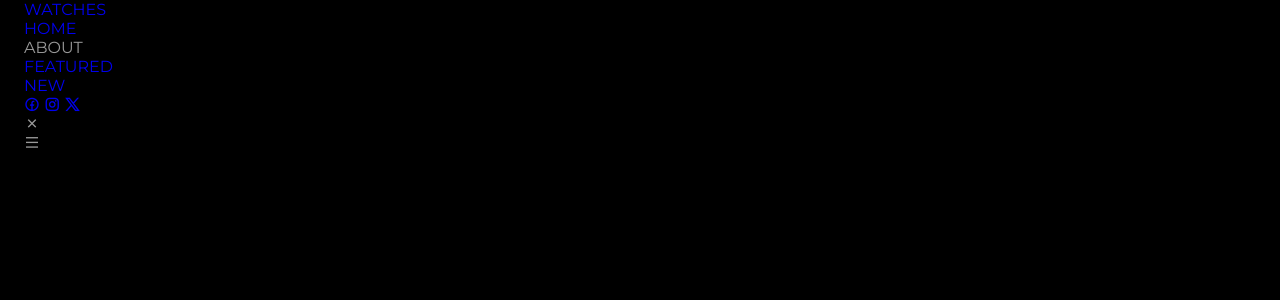
Repository: dinhhaidh/Responsive-wacthes-slider
Page: index.html
The author's editor kept a copy of each file at every save. The page is drawn from the files as they stood at one save, then again after a run of saves.
The browser window is 1280 px wide. The pictures show the whole page.

Above is the page before, as saved 2024-03-05 18:12:42.

### index.html
<!DOCTYPE html>
<html lang="en">
<head>
    <meta charset="UTF-8">
    <meta name="viewport" content="width=device-width, initial-scale=1.0">

    <!--=============== FAVICON ===============-->
    <link rel="shortcut icon" href="assets/img/favicon.png" type="image/x-icon">

    <!--=============== REMIXICONS ===============-->
    <link rel="stylesheet" href="https://cdnjs.cloudflare.com/ajax/libs/remixicon/3.5.0/remixicon.css">

    <!--=============== SWIPER CSS ===============-->
    <link rel="stylesheet" href="./css/swiper-bundle.min.css">

    <!--=============== CSS ===============-->
    <link rel="stylesheet" href="./css/style.css">

    <title>Responsive wacthes website</title>
</head>
<body>
    <!--==================== HEADER ====================-->
    <header class="header" id="header">
        <nav class="nav container">
            <a href="#" class="nav__logo">WATCHES</a>

            <div class="nav__menu" id="nav-menu">
                <ul class="nav__list">
                    <li class="nav__item">
                        <a href="#" class="nav__link">HOME</a>
                    </li>
                    <li class="nav__item">
                        <a href="#" class="nav__link"></a>ABOUT</a>
                    </li>
                    <li class="nav__item">
                        <a href="#" class="nav__link">FEATURED</a>
                    </li>
                    <li class="nav__item">
                        <a href="#" class="nav__link">NEW</a>
                    </li>
                </ul>
                <div class="nav__social">
                    <a href="https://www.facebook.com" target="_blank" class="nav__social-link">
                        <i class="ri-facebook-circle-line"></i>
                    </a>
                    <a href="https://www.instagram.com" target="_blank" class="nav__social-link">
                        <i class="ri-instagram-line"></i>
                    </a>
                    <a href="https://www.twitter.com" target="_blank" class="nav__social-link">
                        <i class="ri-twitter-x-line"></i>
                    </a>
                </div>

                <!-- close button -->
                <div class="nav__close" id="nav-close">
                    <i class="ri-close-line"></i>
                </div>
            </div>

            <!-- Toggle button -->
            <div class="nav__toggle" id="nav-toggle">
                <i class="ri-menu-line"></i>
            </div>
        </nav>
    </header>

    <!--==================== MAIN ====================-->
    <main class="main">
        <!--==================== HOME ====================-->
        <section class="home">

        </section>
    </main>

    <!--=============== GSAP ===============-->
    <script src="./js/gsap.min.js"></script>

    <!--=============== SWIPER JS ===============-->
    <script src="./js/scrollreveal.min.js"></script>

    <script src="https://code.jquery.com/jquery-3.7.1.slim.min.js"></script>

    <!--=============== MAIN JS ===============-->
    <script src="./js/main.js"></script>
</body>
</html>

### css/style.css
/*=============== GOOGLE FONTS ===============*/
@import url("https://fonts.googleapis.com/css2?family=Montserrat:wght@400;600;700&display=swap");

/*=============== VARIABLES CSS ===============*/
:root {
    --header-height: 3.5rem;

    /*========== Colors ==========*/
    /*Color mode HSL(hue, saturation, lightness)*/
    --title-color: hsl(0, 0%, 100%);
    --text-color: hsl(0, 0%, 60%);
    --body-color: hsl(0, 0%, 0%);

    /*========== Font and typography ==========*/
    /*.5rem = 8px | 1rem = 16px ...*/
    --body-font: "Montserrat", sans-serif;
    --h1-font-size: 1.5rem;
    --h3-font-size: 1rem;
    --normal-font-size: .938rem;
    --small-font-size: .813rem;

    /*========== Font weight ==========*/
    --font-regular: 400;
    --font-semi-bold: 600;
    --font-bold: 700;

    /*========== z index ==========*/
    --z-tooltip: 10;
    --z-fixed: 100;
    }

/*========== Responsive typography ==========*/
@media screen and (min-width: 1152px) {
    :root {
        --h1-font-size: 2.25rem;
        --h3-font-size: 1.25rem;
        --normal-font-size: 1rem;
        --small-font-size: .875rem;
    }
}

/*=============== BASE ===============*/
* {
    box-sizing: border-box;
    padding: 0;
    margin: 0;
}

body {
    font-family: var(--body-font);
    font-size: var(--normal-font-size);
    background-color: var(--body-color);
    color: var(--text-color);
}

ul {
    list-style: none;
}

a {
    text-decoration: none;
}

img {
    display: block;
    max-width: 100%;
    height: auto;
}

/*=============== REUSABLE CSS CLASSES ===============*/
.container {
    max-width: 1120px;
    margin-inline: 1.5rem;
}

.main {
    overflow: hidden;
}

/*=============== HEADER & NAV ===============*/
.header{
    position: fixed;
    top: 0;
    left: 0;
    width: 100%;
    background-color: var(--body-color);

}

/* Navigation for mobile devices */


/* Show menu */


/*=============== HOME ===============*/


/* Swiper class */


/*=============== SCROLL BAR ===============*/


/*=============== BREAKPOINTS ===============*/
/* For small devices */


/* For medium devices */


/* For large devices */


/* For taller devices */

Loaded but not shown: css/swiper-bundle.min.css (library); js/gsap.min.js (library); js/scrollreveal.min.js (library); js/main.js (no copy from this time; the picture is the same without it)

After the next 2 saves:
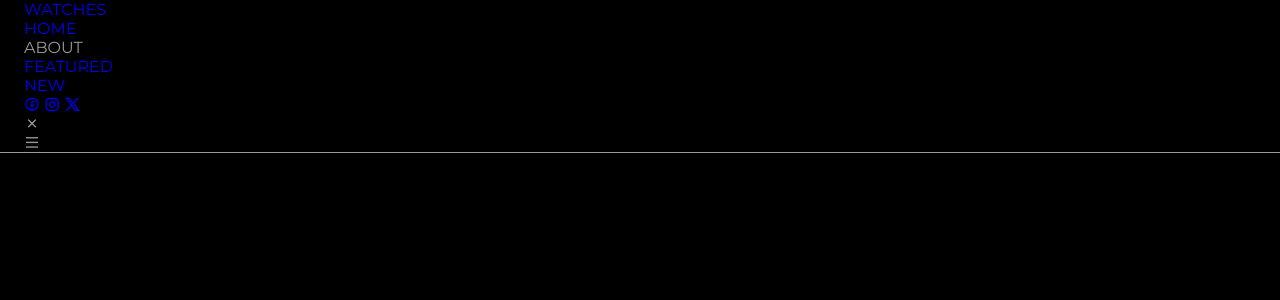
The 2 saves are shown as one change because they came seconds apart.
The last was saved 9 s later.
--- a/css/style.css
+++ b/css/style.css
@@ -84,6 +84,7 @@ img {
     left: 0;
     width: 100%;
     background-color: var(--body-color);
+    border-bottom: 1px solid ;
 
 }
 
